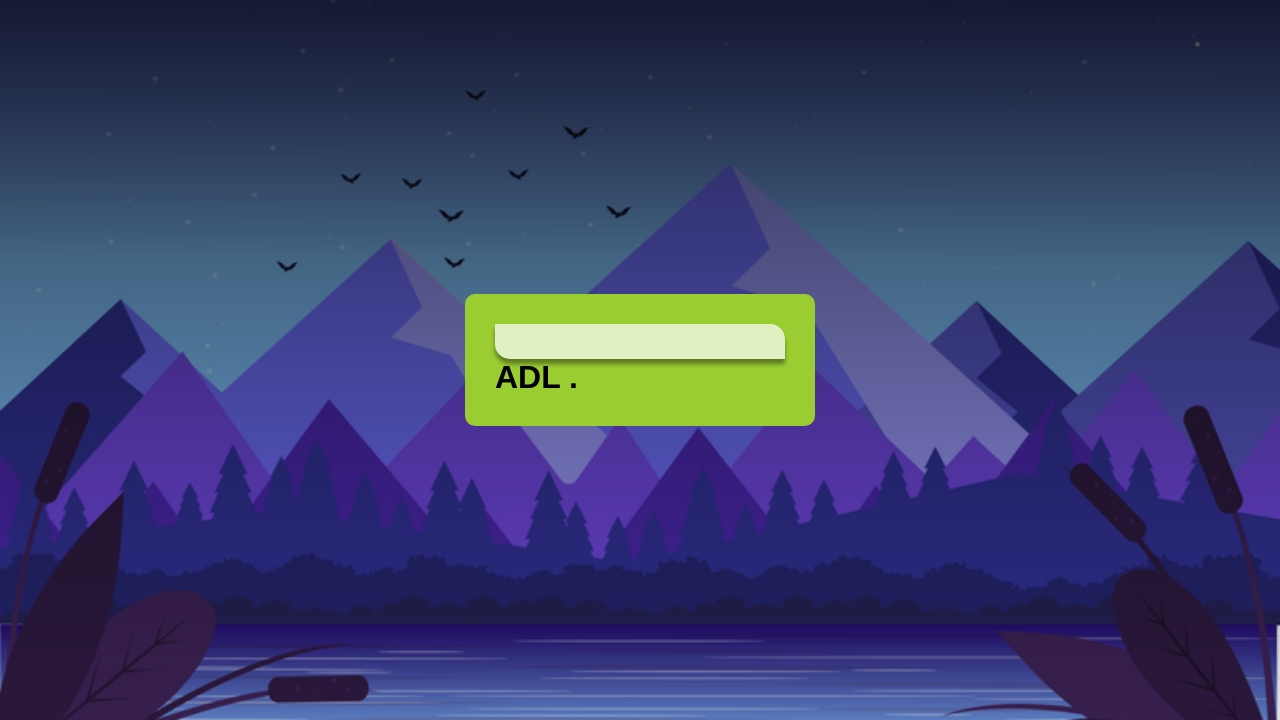
Repository: andrewhuynh561/weather-app-1
Page: index.html
The author's editor kept a copy of each file at every save. The page is drawn from the files as they stood at one save, then again after the next save.
The browser window is 1280 px wide. The pictures show the whole page.

Above is the page before, as saved 2022-12-08 20:49:28.

After the next save:
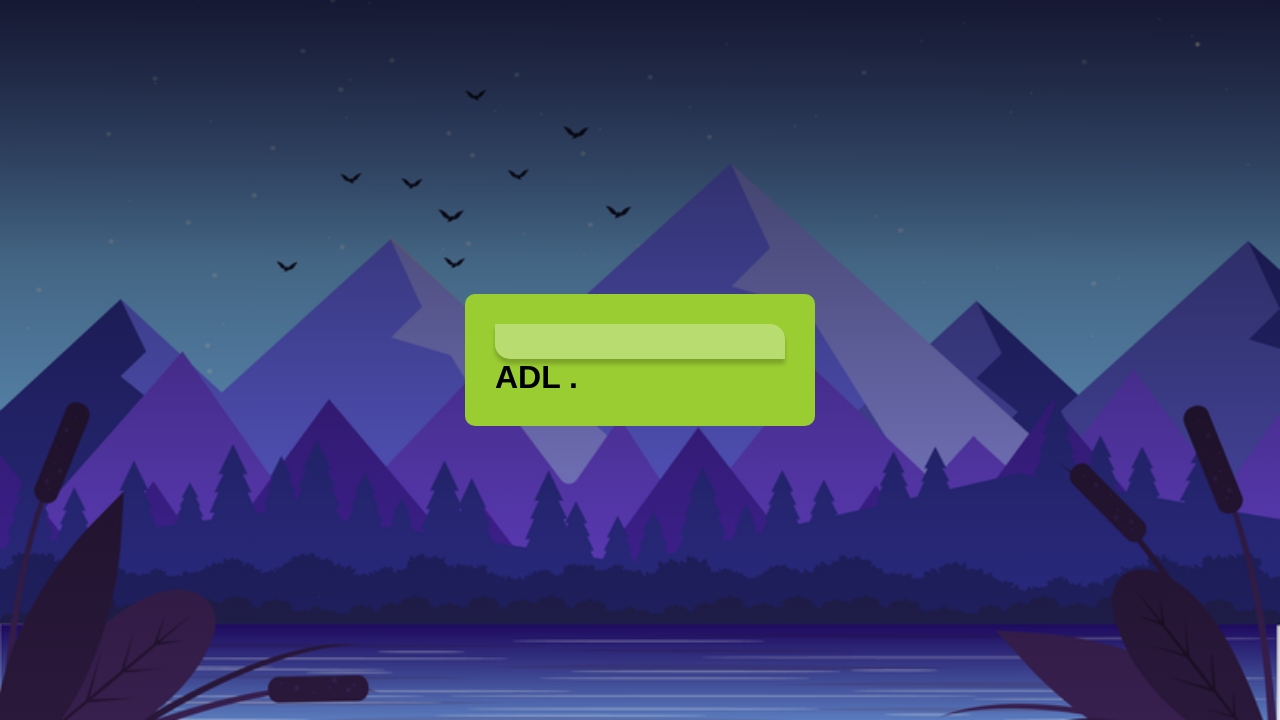
Saved 58 s later.
--- a/style.css
+++ b/style.css
@@ -24,7 +24,12 @@ body{
     padding: 10px 20px;
     border: none;
     outline: none;
+    background: rgba(255,255,255,0.3);
+    border-radius: 0 15px 0 15px;
+    box-shadow:0 5px 4px rgba(0,0,0,0.2);
+}
+.search:focus{
     background: rgba(255,255,255,0.7);
-    border-radius: 0 15px 0 15px;
-    box-shadow:0 5px 4px rgba(0,0,0,0.4);
+    border-radius: 15px 0 15px 0;
+    tr
 }
